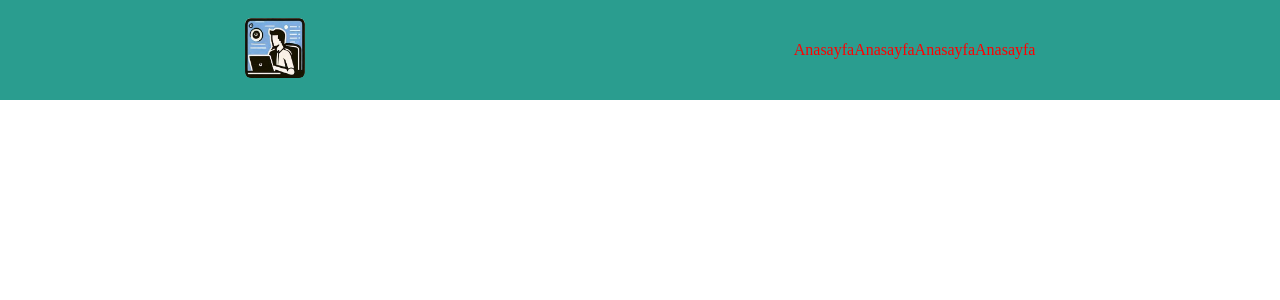
Repository: 0hasandemirtas/react-odev
Page: /
These files come from the project's save history. The page is drawn as it stood at one moment and after the next save; the edit follows.
The browser window is 1280 px wide. The pictures show the whole page.
The project was rebuilt for these pictures with package versions that can differ from the ones it lists, and the page was loaded fresh each time.

Above is the page before, as saved 2024-06-16 14:19:07.

### public/index.html
<!DOCTYPE html>
<html lang="en">
  <head>
    <meta charset="utf-8" />
    <link rel="icon" href="%PUBLIC_URL%/favicon.ico" />
    <meta name="viewport" content="width=device-width, initial-scale=1" />
    <meta name="theme-color" content="#000000" />
    <meta
      name="description"
      content="Web site created using create-react-app"
    />
    <link rel="apple-touch-icon" href="%PUBLIC_URL%/logo192.png" />
    <link rel="manifest" href="%PUBLIC_URL%/manifest.json" />
    <title>React Odev</title>
  </head>
  <body>
    <noscript>You need to enable JavaScript to run this app.</noscript>
    <div id="root"></div>
  </body>
</html>

### src/index.js
import React from 'react';
import ReactDOM from 'react-dom/client';
import './index.css';
import App from './App';

const root = ReactDOM.createRoot(document.getElementById('root'));
root.render(
  <>
    <App />
  </>
);

### src/index.css
body {
  margin: 0;

}

### src/App.js

import './App.css';
import Header from "./components/header";

function App() {
  return (
    <div className="App">

     <Header/>
    </div>
  );
}

export default App;

### src/components/header/index.js
import React from 'react';
//import logo2 from './logo2.png';
import useStyles from './stylesheet';

const Header = ()=>{
  const classes = useStyles();
  return (
    <div className={classes.container}>

      <div>
          <img  className={classes.logo} src="./images/logo2.png" />
      </div>
      <div className={classes.titleContainer}>
        <div><a>Anasayfa</a></div>
        <div><a>Anasayfa</a></div>
        <div><a>Anasayfa</a></div>
        <div><a>Anasayfa</a></div>
      </div>

    </div>
  )
}

export default Header

### src/components/header/stylesheet.js
import {
    createUseStyles
} from "react-jss";

const useStyles = createUseStyles({
    container:{
        display:"flex",
        width:"100%",
        height:"100px",
        backgroundColor:"#2A9D8F",
        color:"red",
        alignItems:"center",
        justifyContent:"space-around"
    },
    contentContainer:{
        display:"flex",
        justifyContent:"space-between",
        width:"100%"
    },
    logo:{
        width:"60px",
        height:"60px",
        borderRadius:"6px"
    },
    titleContainer:{
        display:"flex",
        justifyContent:"space-evenly"
    },
    temp:{
        margin:"15px"
    }
},
{
    name: "header-component"
});

export default useStyles;

Loaded but not shown: src/App.css (common file)

After the next save:
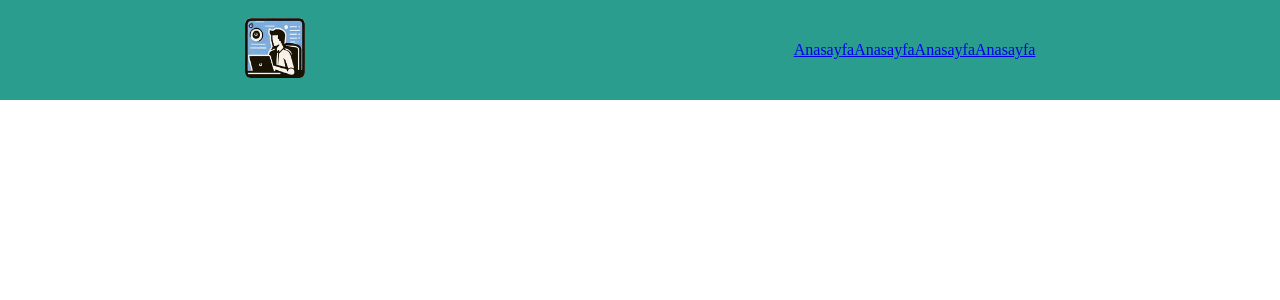
Saved 64 s later.
--- a/src/components/header/index.js
+++ b/src/components/header/index.js
@@ -11,10 +11,10 @@
           <img  className={classes.logo} src="./images/logo2.png" />
       </div>
       <div className={classes.titleContainer}>
-        <div><a>Anasayfa</a></div>
-        <div><a>Anasayfa</a></div>
-        <div><a>Anasayfa</a></div>
-        <div><a>Anasayfa</a></div>
+        <div><a href='#'>Anasayfa</a></div>
+        <div><a href='#'>Anasayfa</a></div>
+        <div><a href='#'>Anasayfa</a></div>
+        <div><a href='#'>Anasayfa</a></div>
       </div>
 
     </div>
